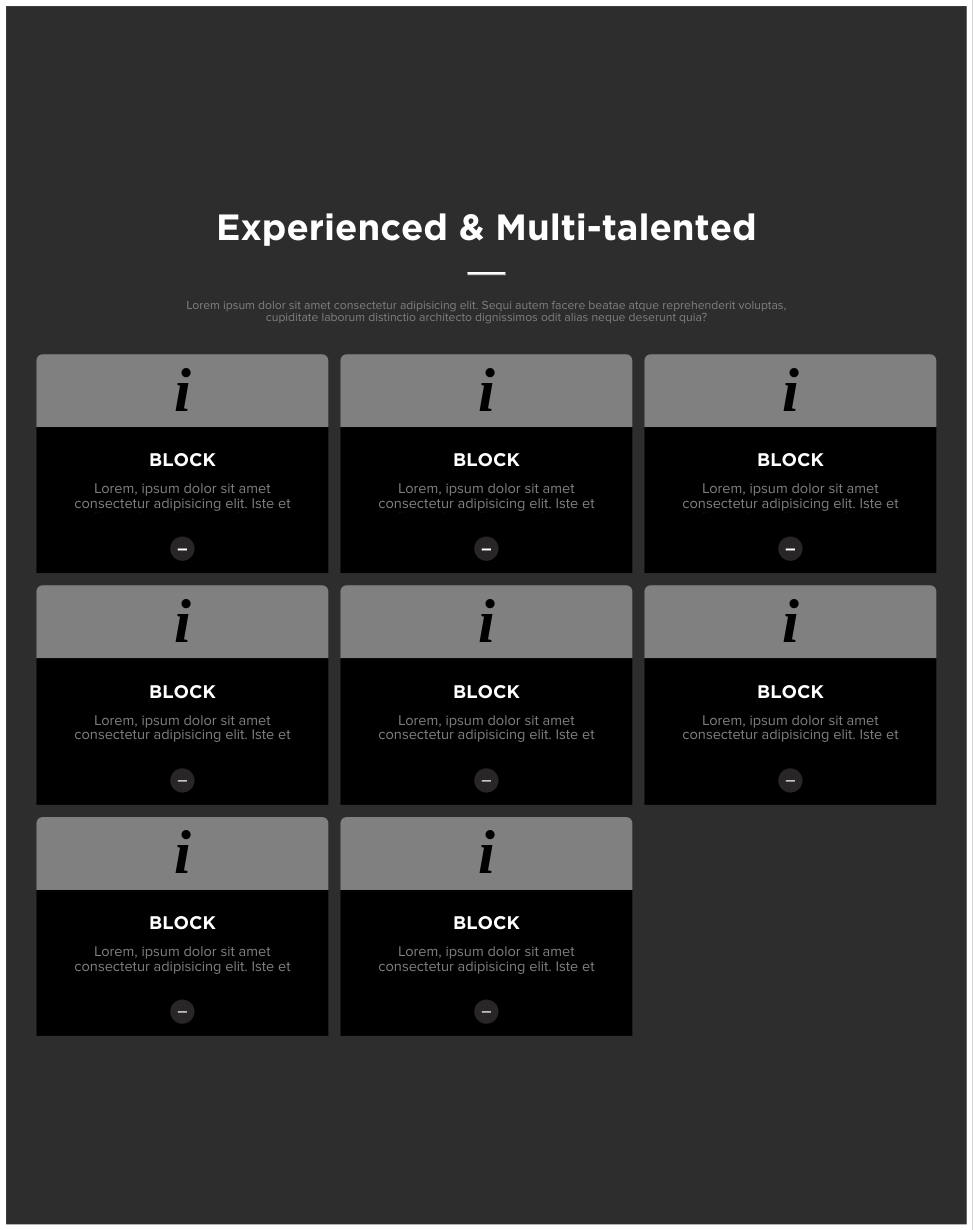
Repository: MohmdMHR/limesharp-test
Page: /
An editor plug-in stored every save of this project. The page is shown before and after the next save, followed by the edit.
The browser window is 1280 px wide. The pictures show the whole page, at 76% of full size.
The project was rebuilt for these pictures with package versions that can differ from the ones it lists, and the page was loaded fresh each time. Also part of the build but not shown: vue.config.js.

Above is the page before, as saved 2022-07-20 18:55:08.

### src/main.js
import Vue from "vue";
import Main from "./Main.vue";

Vue.config.productionTip = false;

new Vue({
  render: (h) => h(Main),
}).$mount("#app");

### src/Main.vue
<template>
  <div class="main container">
    <h1 class="main-title">Experienced & Multi-talented</h1>
    <hr class="spacer" />
    <div class="main-content">
      Lorem ipsum dolor sit amet consectetur adipisicing elit. Sequi autem
      facere beatae atque reprehenderit voluptas, cupiditate laborum distinctio
      architecto dignissimos odit alias neque deserunt quia?
    </div>
    <div class="cards-container">
      <card
        v-for="(card, index) in numberOfCards"
        :key="index"
        title="block"
      ></card>
    </div>
  </div>
</template>

<script>
import Card from "./components/card.vue";

export default {
  name: "App",
  components: {
    Card,
  },
  data() {
    return {
      numberOfCards: 8,
    };
  },
};
</script>
<style>
@font-face {
  font-family: "Gotham-Bold";
  src: url("./assets/fonts/Gotham-Bold.ttf");
}
@font-face {
  font-family: "ProximaNova-Regular";
  src: url("./assets/fonts/ProximaNova-Regular.ttf");
}
</style>
<style lang="scss" scoped>
.main {
  padding: 15rem 2rem;
  background-color: rgb(46, 45, 45);
}
.main-title {
  color: white;
  text-align: center;
  font-family: "Gotham-Bold";
  font-size: 3rem;
}
.spacer {
  border-top: solid white;
  width: 3rem;
}
.main-content {
  color: gray;
  text-align: center;
  margin: 1rem 2rem;
  font-family: "ProximaNova-Regular";
  font-size: 1rem;
  width: 50rem;
  margin: 2rem auto;
}
.cards-container {
  display: grid;
  grid-template-columns: repeat(auto-fit, 25rem);
  justify-content: center;
}
</style>

### src/components/card.vue
<template>
  <div>
    <div class="card container">
      <div class="card-banner-img">i</div>
      <div class="card-content">
        <h1 class="card-content-title">{{ title }}</h1>
        <p class="card-content-text" :class="{ collapsed: collapsed }">
          Lorem, ipsum dolor sit amet consectetur adipisicing elit. Iste et
          ullam voluptatibus a molestiae deleniti necessitatibus dolor.
        </p>
        <div
          class="card-btn"
          :class="{ toggled: collapsed }"
          @click="collapse()"
        ></div>
      </div>
    </div>
  </div>
</template>

<script>
export default {
  name: "SingleCard",
  data() {
    return {
      collapsed: false,
    };
  },
  props: {
    title: {
      type: String,
      Default: "Block",
    },
  },
  methods: {
    collapse() {
      this.collapsed = !this.collapsed;
    },
  },
};
</script>

<style lang="scss" scoped>
.card {
  position: relative;
  margin: 0.5rem;
}
.card-banner-img {
  overflow: hidden;
  background-color: gray;
  justify-content: center;
  display: flex;
  align-items: center;
  height: 6rem;
  font-weight: bold;
  font-style: italic;
  font-size: 5rem;
  border-radius: 0.5rem 0.5rem 0 0;
}
.card-content {
  background: black;
  padding: 1rem 2rem;
}
.card-content-title {
  color: white;
  text-transform: uppercase;
  text-align: center;
  font-family: "Gotham-Bold";
  font-size: 1.5rem;
}
.card-content-text {
  color: gray;
  text-align: center;
  height: 2.5rem;
  overflow: hidden;
  margin: 1rem;
  font-family: "ProximaNova-Regular";
  font-size: 1.2rem;
  &.collapsed {
    height: 100%;
    z-index: 1;
  }
}
.card-btn {
  margin: 2rem auto 0;
  cursor: pointer;
  height: 2rem;
  position: relative;
  width: 2rem;
  background: #282626;
  border-radius: 50%;
  &:before,
  &:after {
    background: white;
    top: 1rem;
    left: 0.6rem;
    content: "";
    height: 0.1rem;
    position: absolute;
    width: 0.8rem;
    transition: transform 500ms ease;
  }
  &:after {
    transform-origin: center;
  }
  &.toggled {
    &:after {
      transform: rotate(90deg);
    }
    &:before {
      transform: rotate(180deg);
    }
  }
}
</style>

Loaded but not shown: public/index.html (common file)

After the next save:
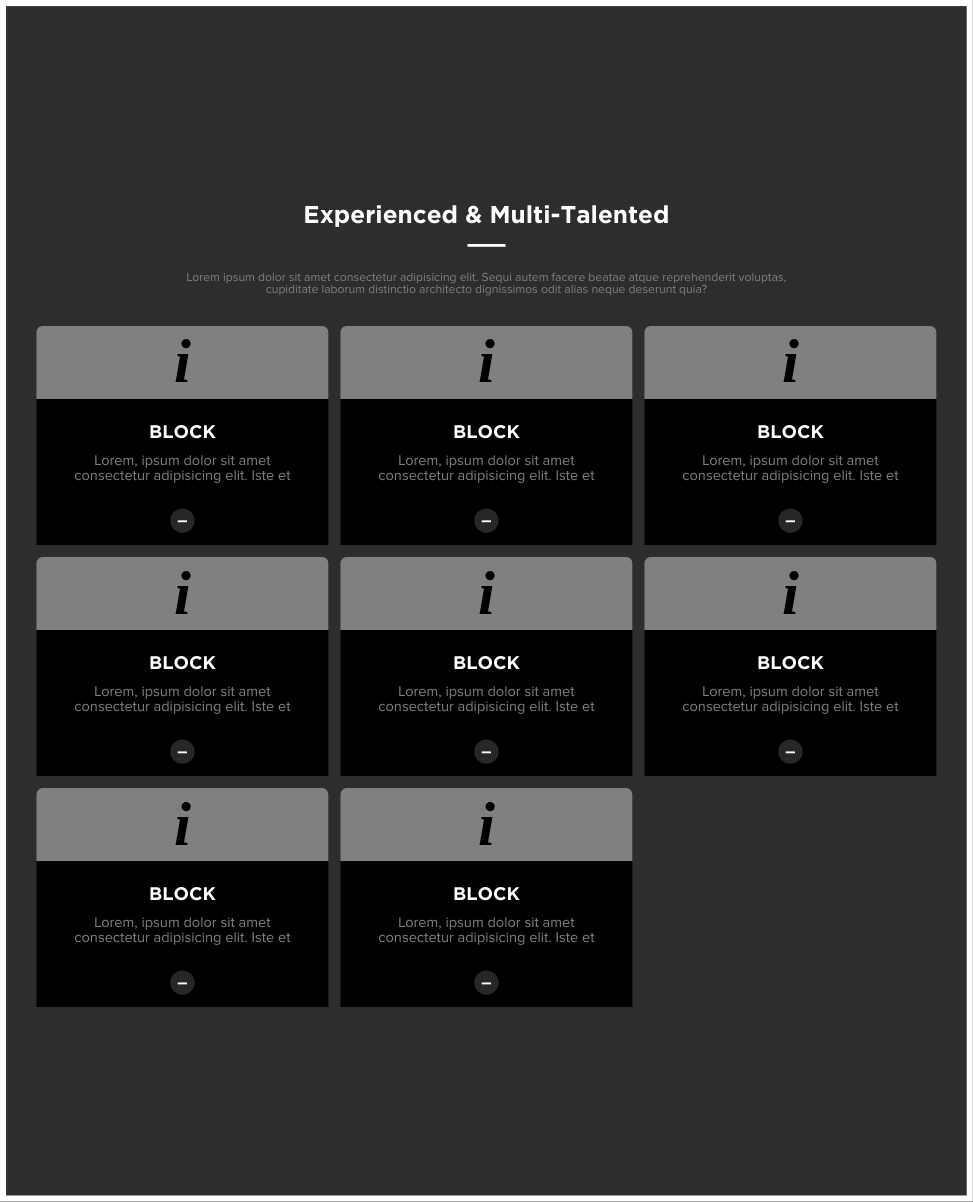
Saved 4 min 30 s later.
--- a/src/Main.vue
+++ b/src/Main.vue
@@ -1,6 +1,6 @@
 <template>
   <div class="main container">
-    <h1 class="main-title">Experienced & Multi-talented</h1>
+    <h1 class="main-title">Experienced & Multi-Talented</h1>
     <hr class="spacer" />
     <div class="main-content">
       Lorem ipsum dolor sit amet consectetur adipisicing elit. Sequi autem
@@ -51,7 +51,7 @@ export default {
   color: white;
   text-align: center;
   font-family: "Gotham-Bold";
-  font-size: 3rem;
+  font-size: 2rem;
 }
 .spacer {
   border-top: solid white;
